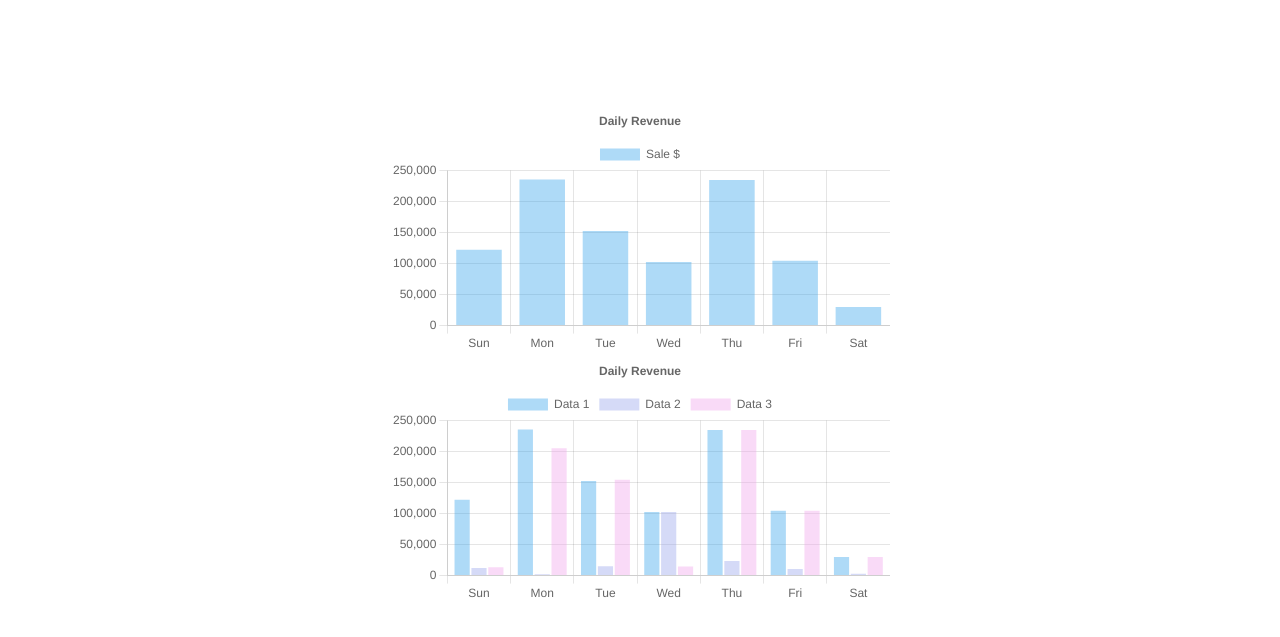
Repository: k8ANStar/exercise-5
Page: /
These files come from the project's save history. The page is drawn as it stood at one moment and after a run of saves; the edit follows.
The browser window is 1280 px wide. The pictures show the whole page.
The project was rebuilt for these pictures with package versions that can differ from the ones it lists, and the page was loaded fresh each time. The framework's server and built-in components were replaced by stand-ins that run in the browser. Also part of the build but not shown: next.config.mjs.

Above is the page before, as saved 2024-04-15 10:24:54.

### pages/index.js
import styles from "@/styles/Home.module.css";
import VerticalChart from "@/components/VerticalChart";
import HorizontalChart from "@/components/HorizontalChart";

export default function Home() {
	return (
		<>
			<main className={`${styles.main} `}>
				<VerticalChart />

				<HorizontalChart />
			</main>
		</>
	);
}

### styles/Home.module.css
.main {
	display: flex;
	flex-direction: column;
	justify-content: space-between;
	align-items: center;
	padding: 6rem;
	min-height: 30vh;
}

### components/VerticalChart/index.js
import styles from "./VerticalChart.module.css";
import { Bar } from "react-chartjs-2";
import {
	Chart as ChartJS,
	CategoryScale,
	LinearScale,
	BarElement,
	Title,
	Tooltip,
	Legend,
} from "chart.js";

import { useEffect, useState } from "react";

ChartJS.register(
	CategoryScale,
	LinearScale,
	BarElement,
	Title,
	Tooltip,
	Legend
);

export default function VerticalChart() {
	const [chartData, setChartData] = useState({
		datasets: [],
	});
	const [chartOptions, setChartOptions] = useState({});

	useEffect(() => {
		setChartData({
			labels: ["Sun", "Mon", "Tue", "Wed", "Thu", "Fri", "Sat"],
			datasets: [
				{
					label: "Sale $",
					data: [122340, 235256, 152455, 102430, 234561, 104326, 30000],
					borderColor: "rgb(53, 162, 235)",
					backgroundColor: "rgb(53, 162, 235, 0.4)",
				},
			],
		});

		setChartOptions({
			plugins: {
				legend: {
					postion: "top",
				},
				title: {
					display: true,
					text: "Daily Revenue",
				},
			},
			maintainAspectRatio: false,
			responsive: true,
		});
	}, []);

	return (
		<div>
			<Bar
				data={chartData}
				options={chartOptions}
				style={{ width: "500px", height: "300px" }}
			/>
		</div>
	);
}

### components/HorizontalChart/index.js
import styles from "./HorizontalChart.module.css";
import { Bar } from "react-chartjs-2";
import {
	Chart as ChartJS,
	CategoryScale,
	LinearScale,
	BarElement,
	Title,
	Tooltip,
	Legend,
} from "chart.js";

import { useEffect, useState } from "react";

ChartJS.register(
	CategoryScale,
	LinearScale,
	BarElement,
	Title,
	Tooltip,
	Legend
);

export default function HorizontalChart() {
	const [chartData, setChartData] = useState({
		datasets: [],
	});
	const [chartOptions, setChartOptions] = useState({});

	useEffect(() => {
		setChartData({
			labels: ["Sun", "Mon", "Tue", "Wed", "Thu", "Fri", "Sat"],
			datasets: [
				{
					label: "Data 1",
					data: [122340, 235256, 152455, 102430, 234561, 104326, 30000],
					borderColor: "rgb(53, 162, 235)",
					backgroundColor: "rgb(53, 162, 235, 0.4)",
				},
				{
					label: "Data 2",
					data: [12340, 2356, 15255, 102430, 23451, 10432, 3000],
					borderColor: "rgb(150, 162, 235)",
					backgroundColor: "rgb(150, 162, 235, 0.4)",
				},
				{
					label: "Data 3",
					data: [13340, 205276, 154555, 14530, 234561, 104326, 30000],
					borderColor: "rgb(240, 162, 235)",
					backgroundColor: "rgb(240, 162, 235, 0.4)",
				},
			],
		});

		setChartOptions({
			plugins: {
				legend: {
					postion: "top",
				},
				title: {
					display: true,
					text: "Daily Revenue",
				},
			},
			maintainAspectRatio: false,
			responsive: true,
		});
	}, []);

	return (
		<div>
			<Bar
				data={chartData}
				options={chartOptions}
				style={{ width: "500px", height: "300px" }}
			/>
		</div>
	);
}

Loaded but not shown: pages/_app.js (common file); pages/_document.js (common file); styles/globals.css (common file); components/HorizontalChart/HorizontalChart.module.css (no stored copy; drawn as an empty file); components/VerticalChart/VerticalChart.module.css (no stored copy; drawn as an empty file)

After the next 3 saves:
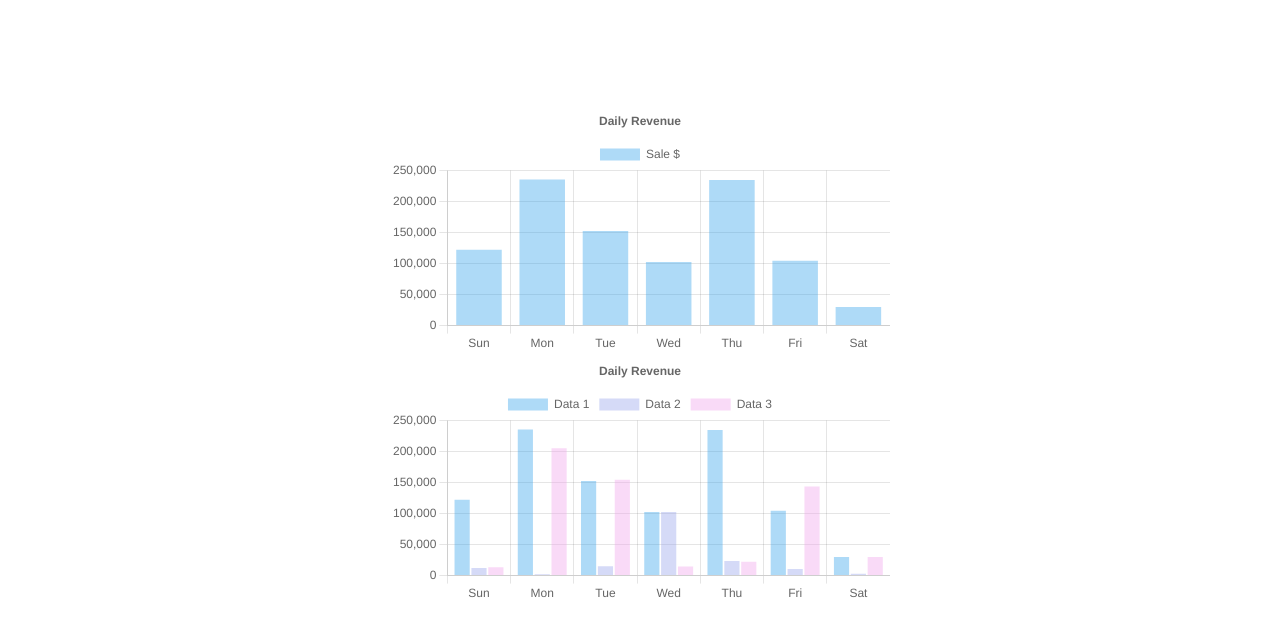
The 3 saves are shown as one change because they came seconds apart.
The last was saved 8 s later.
--- a/components/HorizontalChart/index.js
+++ b/components/HorizontalChart/index.js
@@ -45,7 +45,7 @@ export default function HorizontalChart() {
 				},
 				{
 					label: "Data 3",
-					data: [13340, 205276, 154555, 14530, 234561, 104326, 30000],
+					data: [13340, 205276, 154555, 14530, 22161, 143326, 30000],
 					borderColor: "rgb(240, 162, 235)",
 					backgroundColor: "rgb(240, 162, 235, 0.4)",
 				},
